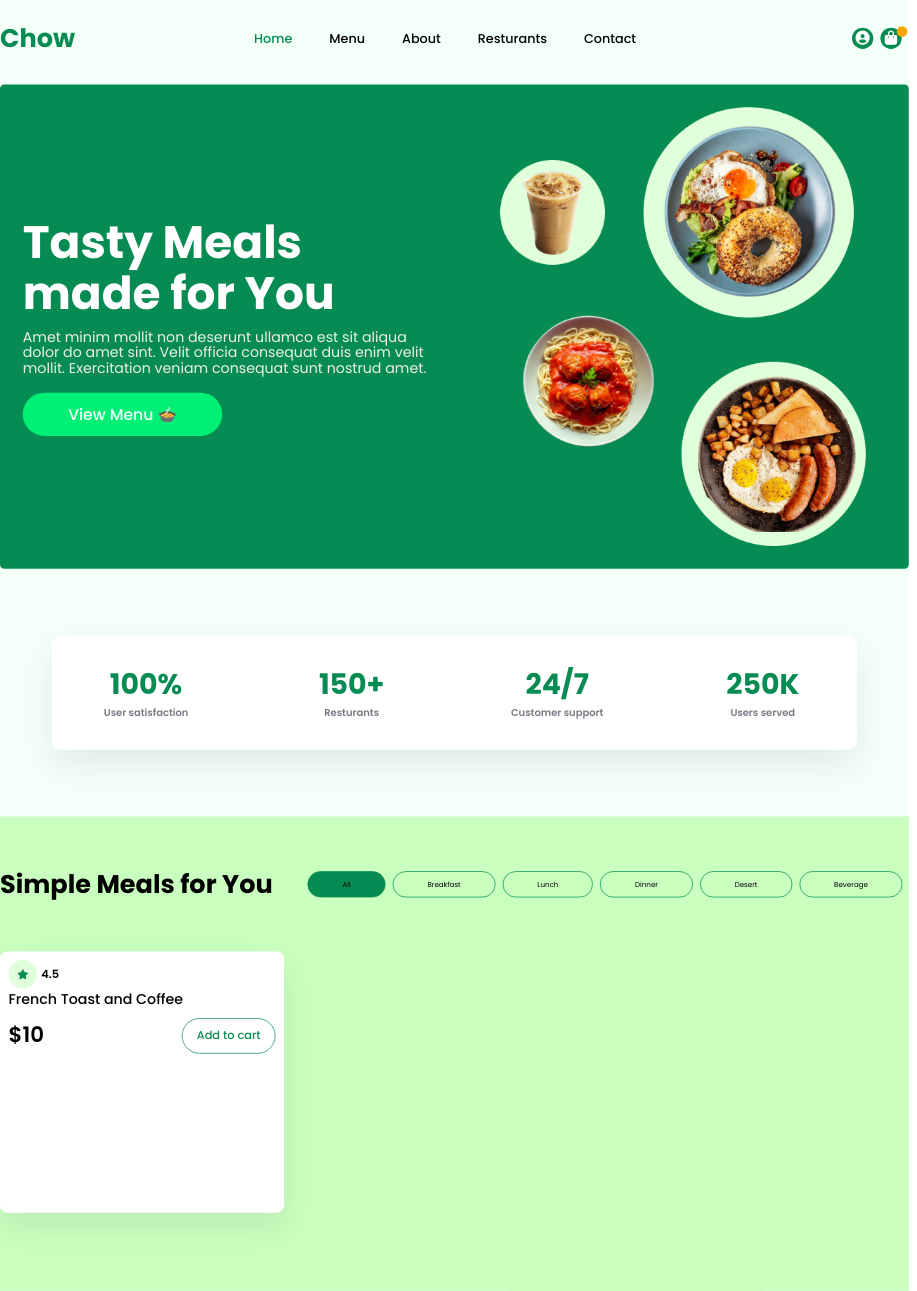
Repository: nguyennam1029/balbal
Page: index.html
The author's editor kept a copy of each file at every save. The page is drawn from the files as they stood at one save, then again after the next save.
The browser window is 1280 px wide. The page is 1292 px wide, so the pictures cover 1292 px, including what lies to the right of the window. The pictures show the whole page, at 71% of full size.
Some web libraries are served in a nearby version.

Above is the page before, as saved 2022-07-01 22:27:53.

After the next save:
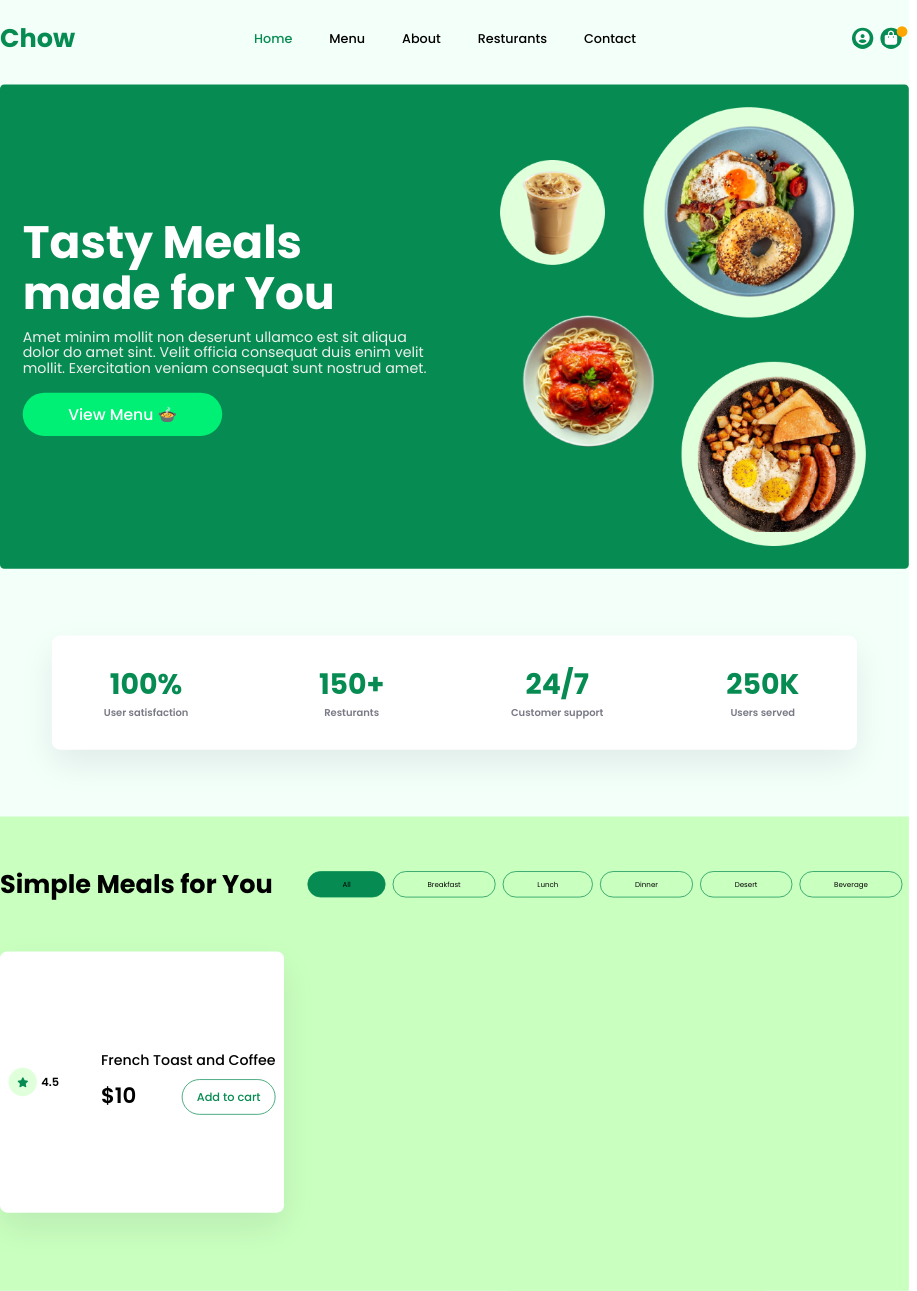
Saved 25 s later.
--- a/css/style.css
+++ b/css/style.css
@@ -276,11 +276,14 @@ ul {
     background: #FFFFFF;
     /* Drop Shadow/High */
 
-    box-shadow   : 0px 20px 50px rgba(18, 17, 39, 0.08);
-    border-radius: 10px;
-    width        : calc((100% - 80px) / 3);
-    min-height   : 368px;
-    padding      : 12px;
+    box-shadow     : 0px 20px 50px rgba(18, 17, 39, 0.08);
+    border-radius  : 10px;
+    width          : calc((100% - 80px) / 3);
+    min-height     : 368px;
+    padding        : 12px;
+    display        : flex;
+    justify-content: space-between;
+    align-items    : center;
 }
 
 .product-item--rating {
@@ -343,7 +346,6 @@ ul {
     display        : flex;
     justify-content: space-between;
     align-items    : center;
-    flex-direction : row;
     margin-bottom  : auto;
 }
 
